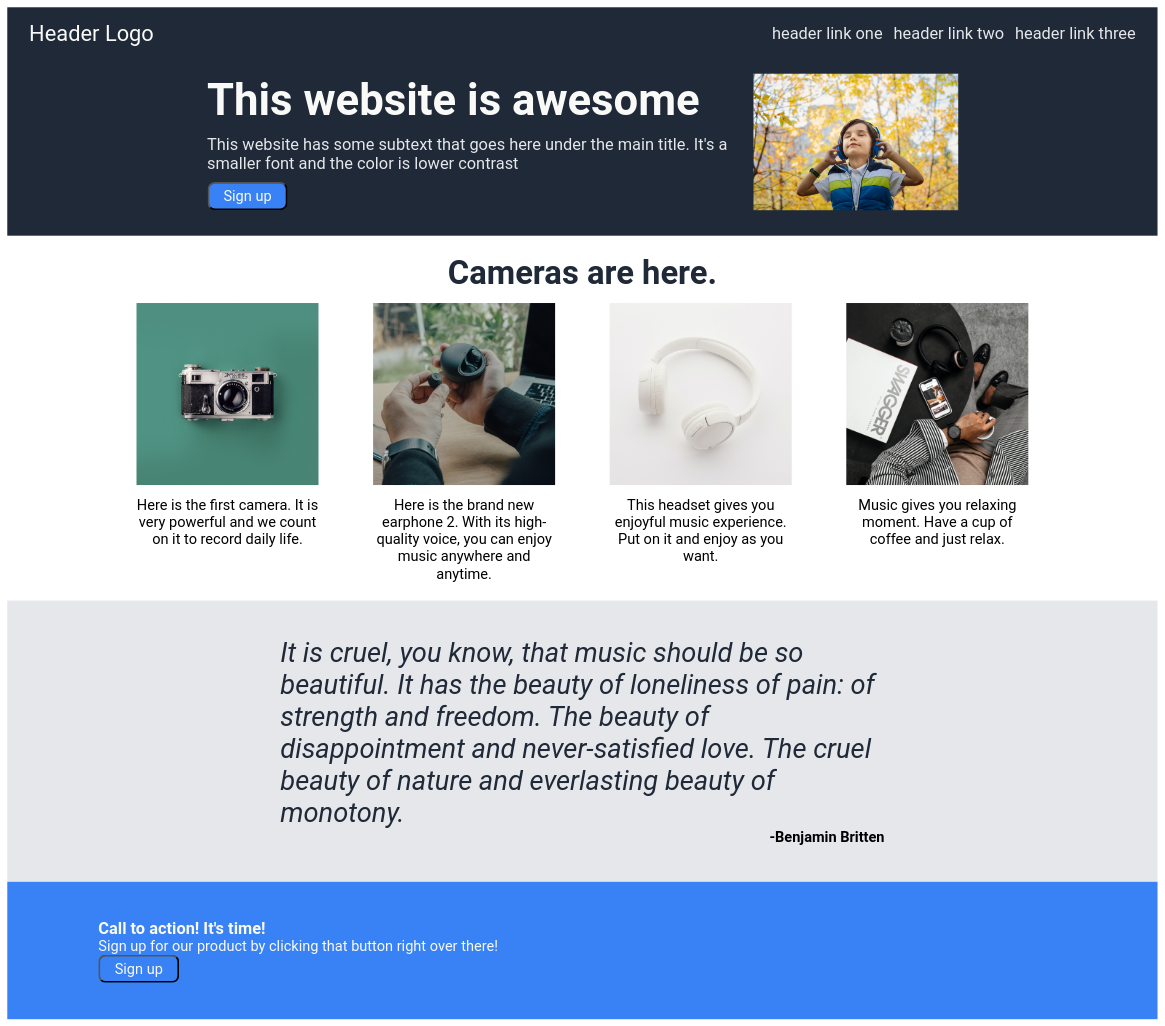
Repository: z1youRA/FirstWebsite
Page: index.html
The author's editor kept a copy of each file at every save. The page is drawn from the files as they stood at one save, then again after the next save.
The browser window is 1280 px wide. The pictures show the whole page, at 91% of full size.

Above is the page before, as saved 2021-11-25 18:58:58.

### index.html
<!DOCTYPE html>
<html lang="en">
<head>
    <meta charset="UTF-8">
    <meta http-equiv="X-UA-Compatible" content="IE=edge">
    <meta name="viewport" content="width=device-width, initial-scale=1.0">
    <title>The Odin Project</title>
    <link rel="stylesheet" href="styles.css">
</head>
<body>
    <div class="hero">
        <div class="header">
            <div class="logo">Header Logo</div>
                <ul class="right-links">
                    <li><a href="google.com">header link one</a></li>
                    <li><a href="google.com">header link two</a></li>
                    <li><a href="google.com">header link three</a></li>
                </ul>
        </div>
        <div class="container">
            <div class="text">
                <div class="main">This website is awesome</div>
                <div class="secondary">This website has some subtext that goes here under the main title. It's a smaller font and the color is lower contrast</div>
                <button>Sign up</button>
            </div>
            <img src="images/hero.jpg">
        </div>
    </div>
    <div class="info">
        <div class="header">Cameras are here.</div>
        <div class="pics">
            <div class="device">
                <img src="images/img1.jpg">
                <div>Here is the first camera. It is very powerful and we count on it to record daily life.</div>
            </div>
            <div class="device">
                <img src="images/img2.jpg">
                <div>Here is the brand new earphone 2. With its high-quality voice, you can enjoy music anywhere and anytime.</div>
            </div>
            <div class="device">
                <img src="images/img3.jpg">
                <div>This headset gives you enjoyful music experience. Put on it and enjoy as you want.</div>
            </div>
            <div class="device">
                <img src="images/img4.jpg">
                <div>Music gives you relaxing moment. Have a cup of coffee and just relax.</div>
            </div>
        </div>
    </div>
    <div class="quote">
        <div class="words">It is cruel, you know, that music should be so beautiful. It has the beauty of loneliness of pain: of strength and freedom. The beauty of disappointment and never-satisfied love. The cruel beauty of nature and everlasting beauty of monotony.</div>
        <div class="author">-Benjamin Britten</div>
    </div>
    <div class="end">
        <div class="main">Call to action! It's time!</div>
        <div class="secondary">Sign up for our product by clicking that button right over there!</div>
        <button>Sign up</button>
    </div>


</body>
</html>

### styles.css
* {
    font-family:roboto, 'Gill Sans', 'Gill Sans MT', Calibri, 'Trebuchet MS', sans-serif;
}

.hero {
    background-color: #1f2937;
    display: flex;
    flex-direction: column;
    padding-bottom: 28px;
}

.hero .header {
    display: flex;
    align-items: center;
    justify-content: space-between;
    padding: 0 24px 0;
    margin-bottom: 16px;
}

.container {
    display: flex;
    align-items: center;
    justify-content: center;
}

button {
    background-color: #3882f6;
    color: #F9FAF8;
    border-radius: 8px;
    font-size: 16px;
    padding: 4px 16px;
    align-self: flex-start;
}

.hero .text {
    display: flex;
    flex-direction: column;
    justify-content: space-between;
    height: 150px;
    max-width: 600px;
    flex-wrap: nowrap;
}

.hero img {
    max-height: 150px;
}

.header .logo {
    font-size: 24px;
    color: #F9FAF8;
}

.header .right-links {
    font-size: 18px;
    color: #e5e7eb;
    display: flex;
    flex-direction: row;
    gap: 12px;
}

.hero .main {
    font-size: 48px;
    font-weight:bolder;
    color: #F9FAF8;
}

.hero .secondary {
    font-size: 18px;
    color: #e5e7eb;
}

ul {
    list-style-type: none;
}

.header a {
    text-decoration: none;
    color: #e5e7eb;
}

.info {
    padding: 20px;
}

.device {
    display: flex;
    flex-direction: column;
    max-width: 200px;
    text-align: center;
    gap: 12px;
    flex: 0 0 auto;
}

.device img {
    max-width: 200px;
}

.info .header {
    text-align: center;
    font-size: 36px;
    font-weight: bolder;
    color: #1f2937;
    margin-bottom: 12px;
}

.info .pics {
    display: flex;
    justify-content: center;
    gap: 60px;
}

.quote {
    background-color: #e5e7eb;
    padding: 40px 300px;
}

.quote .words {
    font-size: 30px;
    font-style: italic;
    color: #1f2937;
}

.quote .author {
    font-weight: bold;
    text-align: end;
}

.end {
    color: #F9FAF8;
    padding: 40px 100px;
    background-color: #3882f6;
}

.end .main {
    font-weight: bold;
    font-size: 18px;
}

.end button {

}

After the next save:
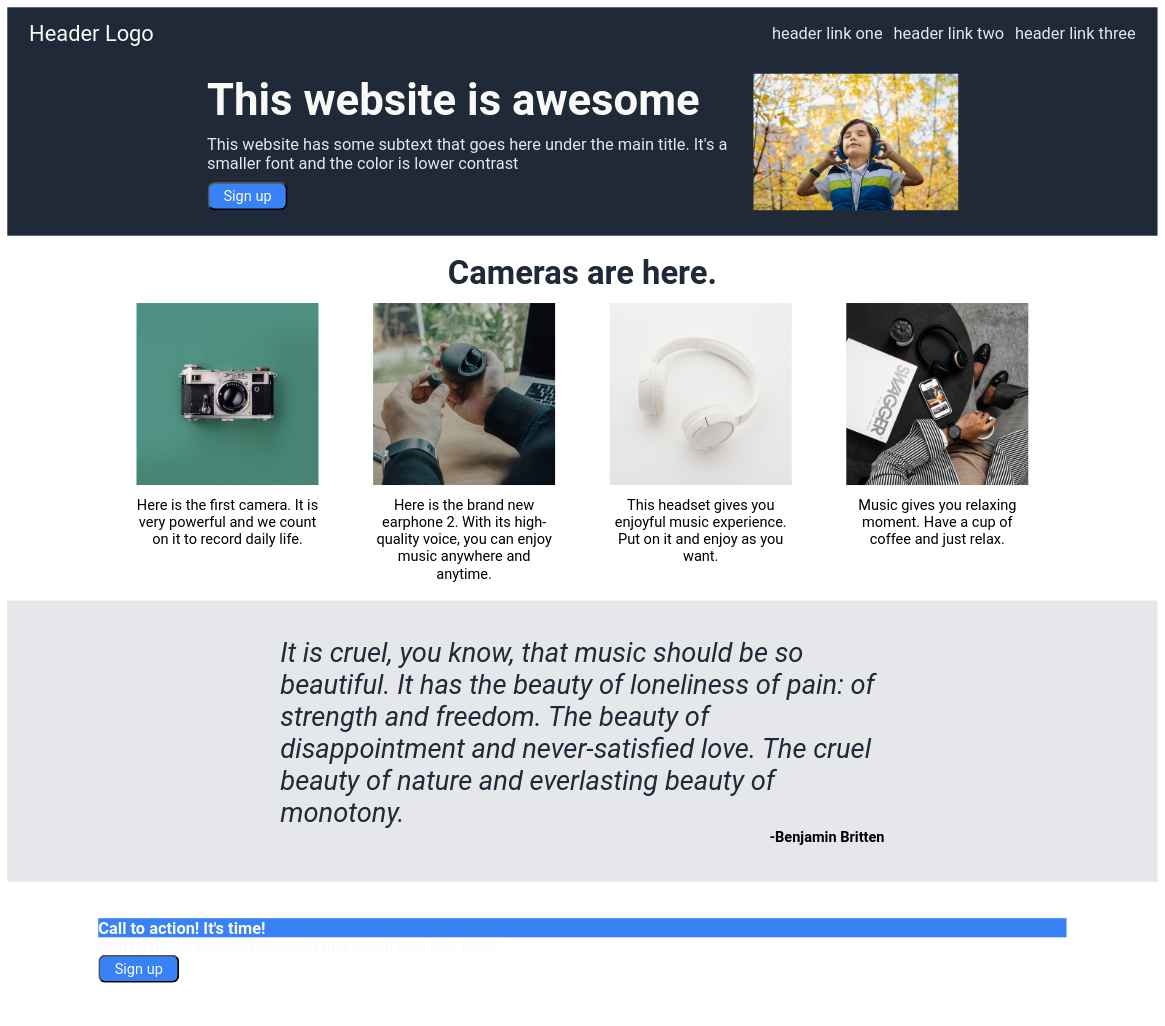
Saved 22 s later.
--- a/styles.css
+++ b/styles.css
@@ -128,12 +128,12 @@
 .end {
     color: #F9FAF8;
     padding: 40px 100px;
-    background-color: #3882f6;
 }
 
 .end .main {
     font-weight: bold;
     font-size: 18px;
+    background-color: #3882f6;
 }
 
 .end button {

After the save that followed:
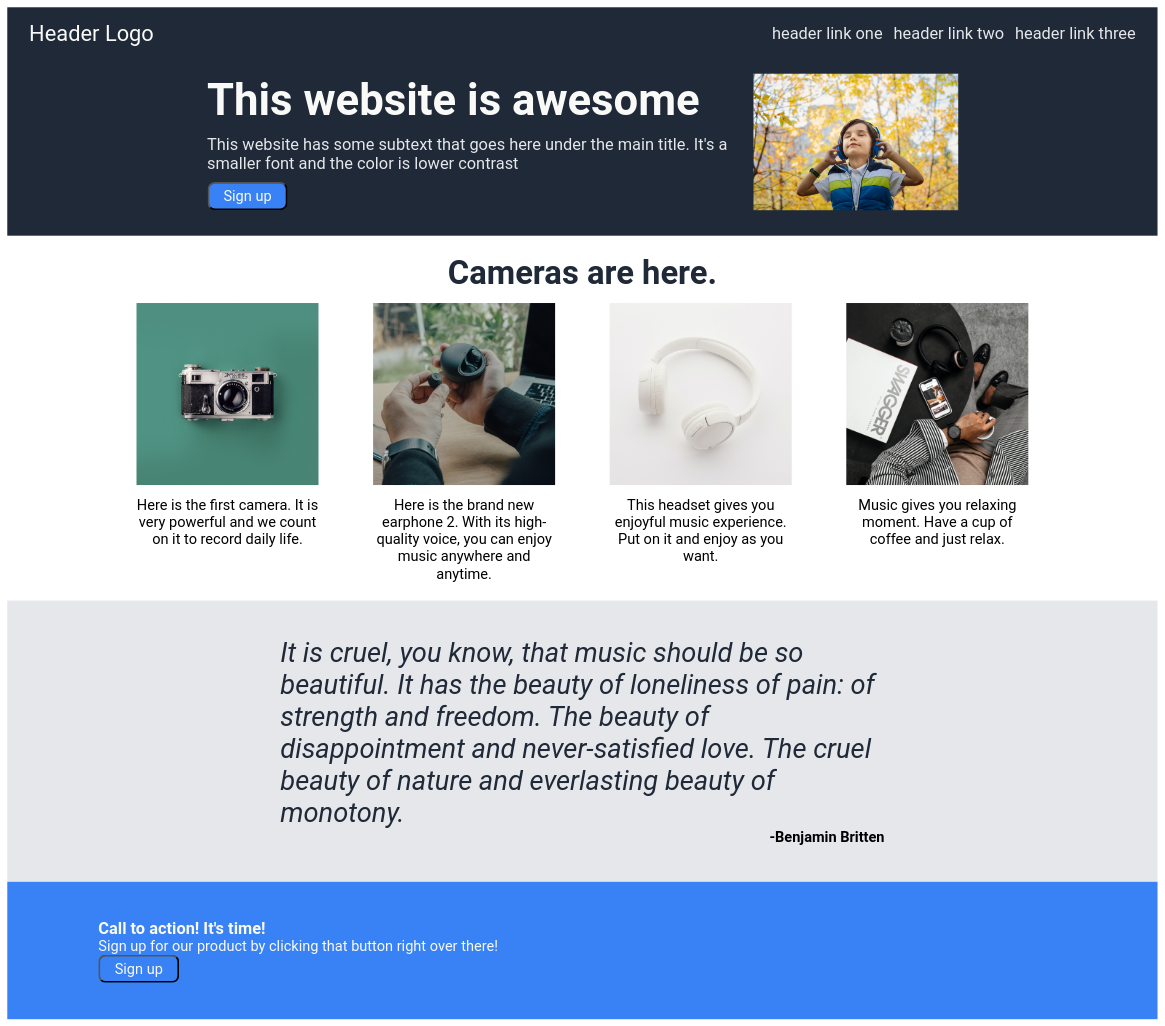
Saved 17 s later.
--- a/styles.css
+++ b/styles.css
@@ -128,12 +128,12 @@
 .end {
     color: #F9FAF8;
     padding: 40px 100px;
+    background-color: #3882f6;
 }
 
 .end .main {
     font-weight: bold;
     font-size: 18px;
-    background-color: #3882f6;
 }
 
 .end button {
